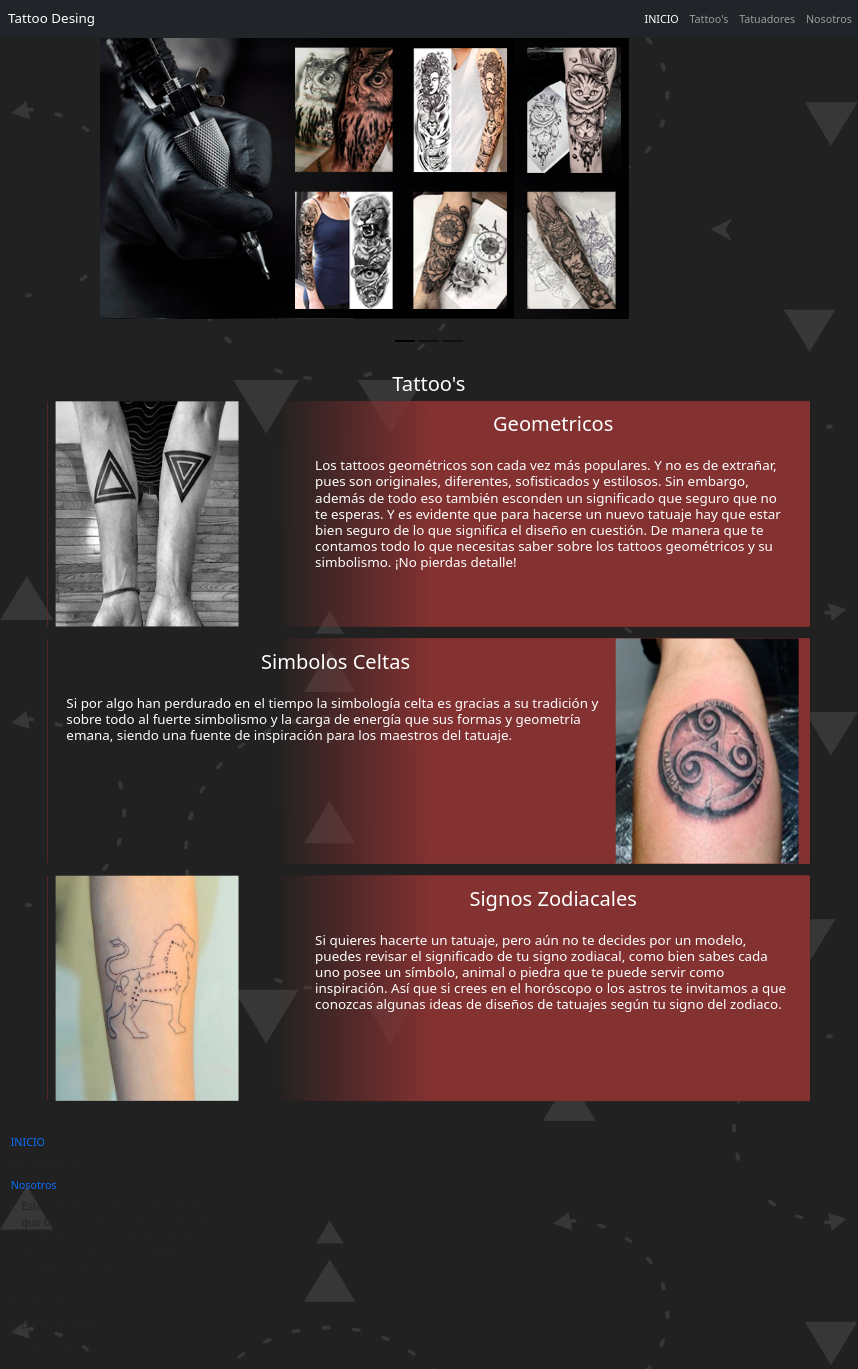
Repository: Vladimir-22/TatooDesign
Page: index.html
These files come from the project's save history. The page is drawn as it stood at one moment and after the next save; the edit follows.
The browser window is 1280 px wide. The pictures show the whole page, at 67% of full size.
Some web libraries are served in a nearby version.

Above is the page before, as saved 2021-05-19 20:31:58.

After the next save:
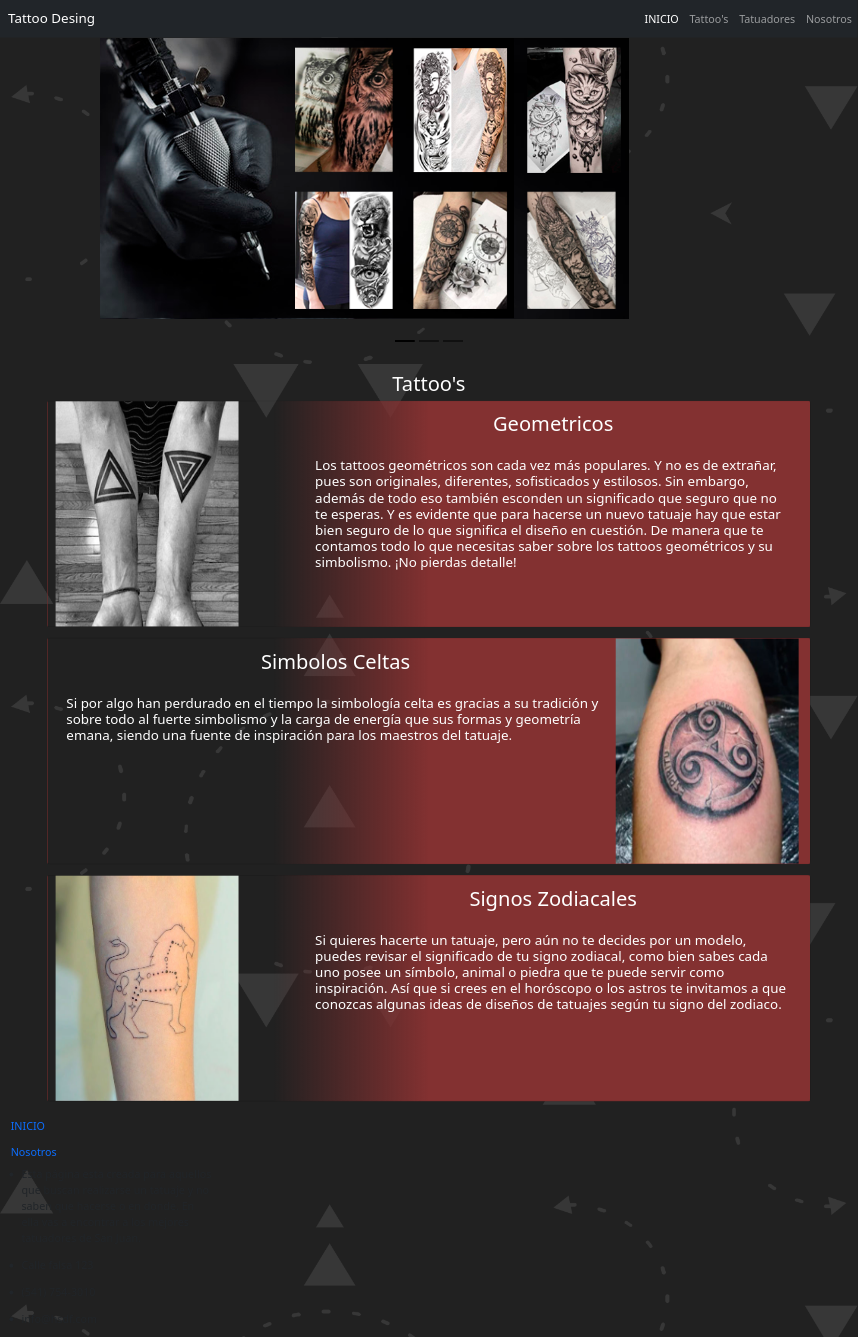
Saved 36 s later.
--- a/index.html
+++ b/index.html
@@ -174,10 +174,10 @@
 </body>
 <footer>
     <div class="footer" id="footer">
-        <div class="col-6 col-md-4">.col-6 .col-md-4</div>
+        <div class="col-6 col-md-4">
             <a class="nav-link active" aria-current="page" href="#">INICIO</a>
         </div>
-        <div class="col-6 col-md-4">.col-6 .col-md-4</div>
+        <div class="col-6 col-md-4">
             <a class="nav-link" href="nosotros.html" tabindex="-1" aria-disabled="true">Nosotros</a>
 
     </div>
